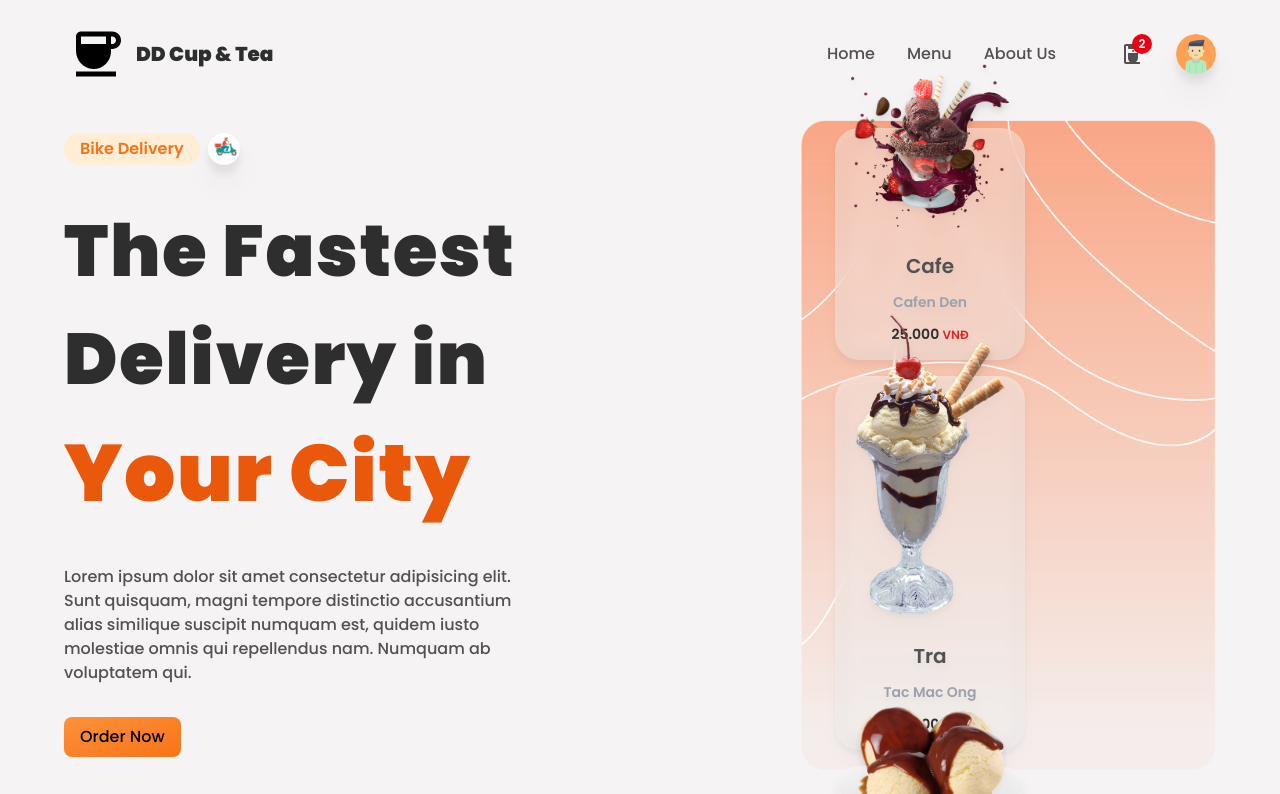
Repository: duongspm/ddcoffee
Page: /
The author's editor kept a copy of each file at every save. The page is drawn from the files as they stood at one save, then again after the next save.
The browser window is 1280 px wide. The pictures show the whole page.
An inner scrolling area shows only its first screen. The project was rebuilt for these pictures with package versions that can differ from the ones it lists, and the page was loaded fresh each time. Also part of the build but not shown: src/App.css, src/components/CreateContainer.jsx.

Above is the page before, as saved 2022-07-12 20:09:42.

### src/index.js
import React from 'react';
import ReactDOM from 'react-dom/client';
import './index.css';
import App from './App';
import reportWebVitals from './reportWebVitals';

import { BrowserRouter as Router } from 'react-router-dom';

import { StateProvider } from './context/StateProvider';
import { initialState } from './context/initalState';
import reducer from './context/reducer';

const root = ReactDOM.createRoot(document.getElementById('root'));
root.render(
  <Router>
    <StateProvider initialState={initialState} reducer={reducer}>
      <App />
    </StateProvider>
  </Router>
  // <React.StrictMode>
  //   <App />
  // </React.StrictMode>
);

// If you want to start measuring performance in your app, pass a function
// to log results (for example: reportWebVitals(console.log))
// or send to an analytics endpoint. Learn more: https://bit.ly/CRA-vitals
reportWebVitals();

### src/index.css
/* body {
  margin: 0;
  font-family: -apple-system, BlinkMacSystemFont, 'Segoe UI', 'Roboto', 'Oxygen',
    'Ubuntu', 'Cantarell', 'Fira Sans', 'Droid Sans', 'Helvetica Neue',
    sans-serif;
  -webkit-font-smoothing: antialiased;
  -moz-osx-font-smoothing: grayscale;
}

code {
  font-family: source-code-pro, Menlo, Monaco, Consolas, 'Courier New',
    monospace;
} */

@import url(https://fonts.googleapis.com/css2?family=DM+Sans:ital,wght@0,400;0,500;1,400;1,500&family=Inter:wght@400;500;600&family=Mulish:wght@300&family=Nunito+Sans:wght@200&family=Playfair+Display:wght@700&family=Poppins:wght@500;600;900&family=Quicksand:wght@700&display=swap);
*{
  margin: 0;
  padding: 0;
  box-sizing: border-box;
}
body{
  font-family: 'Poppins', sans-serif, -apple-system, BlinkMacSystemFont, 'Segoe UI', 'Roboto', 'Oxygen',
  'Ubuntu', 'Cantarell', 'Fira Sans', 'Droid Sans', 'Helvetica Neue',
  sans-serif;
}
html, body{
  scroll-behavior: smooth;
  overflow-x: hidden; /*chống tràn*/
}
@tailwind base;
@tailwind components;
@tailwind utilities;

### src/App.js
import './App.css';
import {Route, Routes} from 'react-router-dom';
import MainContainer from './components/MainContainer';
import CreateContainer from './components/CreateContainer';
import { AnimatePresence } from 'framer-motion';

import { Header } from './components';

function App() {
  return (
    <AnimatePresence exitBeforeEnter>
      <div className="w-screen h-auto flex flex-col bg-primary">
        <Header/>
        <main className='mt-14 md:mt-24 px-4 md:px-16 py-4 w-full'>
          <Routes>
            <Route path='/*' element={<MainContainer/>}></Route>
            <Route path='/createItem' element={<CreateContainer/>}></Route>
          </Routes>
        </main>
      </div>
    </AnimatePresence>
  );
}

export default App;

### src/context/StateProvider.js
import React, {createContext, useContext, useReducer} from 'react';
export const StateContext = createContext();
export const StateProvider = ({reducer, initialState, children}) => (
    <StateContext.Provider value={useReducer(reducer, initialState)}>
        {children}
    </StateContext.Provider>
);

export const useStateValue = () => useContext(StateContext);

### src/context/initalState.js
import { fetchUser } from "../utils/fetchLocalStorageData"

const userInfo = fetchUser()

export const initialState = {
    user: null,
}

### src/context/reducer.js
export const actionType = {
    SET_USER: "SET_USER",
};

const reducer = (state, action) => {
    console.log(action);

    switch (action.type){
        case actionType.SET_USER:
            return {
                ...state,
                user: action.user,
            };

        default:
            return state;
    }
};

export default reducer;

### src/components/MainContainer.jsx
import React from 'react';
import HomeContainer from './HomeContainer';

const MainContainer = () => {
    return (
        <div className='w-full h-auto flex flex-col items-center justify-center'>
            <HomeContainer/>
        </div>
    );
};

export default MainContainer;

### src/components/index.js
export {default as Header} from './Header';
export {default as MainContainer} from './MainContainer';
export {default as CreateContainer} from './CreateContainer';
export {default as HomeContainer} from './HomeContainer';

### src/utils/fetchLocalStorageData.js
export const fetchUser = () => {
    const userInfo =
        localStorage.getItem("user") !== "undefined"
        ? JSON.parse(localStorage.getItem("user"))
        : localStorage.clear();
    return userInfo;
}

### src/components/HomeContainer.jsx
import React from 'react';
import delivery from '../assets/imgs/delivery.png';
import HeroBg from '../assets/imgs/heroBg.png';
import heroData from '../utils/data'

const HomeContainer = () => {
    return (
        <section id="home" className='grid grid-cols-1 md:grid-cols-2 gap-2 w-full'>
            <div className='py-2 flex flex-1 flex-col items-start  justify-center gap-8'>
                <div className='flex items-center gap-2 justify-center'>
                    <p className='text-base text-orange-500 font-semibold bg-orange-100 px-4 py-1 rounded-full'>Bike Delivery</p>
                    <div className='w-8 h-8 bg-white rounded-full overflow-hidden drop-shadow-xl'>
                        <img src={delivery} className="w-full h-full object-contain" alt="deli"/>
                    </div>
                </div>
                <p className='text-[2.5rem] font-bold tracking-wide text-headingColor lg:text-[4.5rem]'>The Fastest Delivery in <span className='text-orange-600 text-[3rem] lg:text-[5rem]'>Your City</span></p>
                <p className='text-base text-textColor text-center md:text-left md:w-[80%]'>Lorem ipsum dolor sit amet consectetur adipisicing elit. Sunt quisquam, magni tempore distinctio accusantium alias similique suscipit numquam est, quidem iusto molestiae omnis qui repellendus nam. Numquam ab voluptatem qui.</p>
                <button type='button' className='bg-gradient-to-br from-orange-400 to-orange-500 w-full px-4 py-2 rounded-lg hover:shadow-lg transition-all ease-in-out md:w-auto'>Order Now</button>
            </div>
            <div className='py-2 flex-1 flex items-center relative'>
                <img src={HeroBg} className="ml-auto h-420 w-full lg:w-auto lg:h-650" alt="hero-bg"/>

                <div className='w-full h-full absolute flex items-center justify-center top-0 left-0 px-32 py-4 gap-4 flex-wrap'>
                    {heroData && heroData.map(n => (
                        <div key={n.id} className='w-190 bg-cardOverlay backdrop-blur-md p-4 rounded-3xl flex flex-col items-center justify-center min-w-[190px] drop-shadow-lg'>
                        <img src={n.imageSrc} className='w-40 -mt-20' alt='i1'/>
                        <p className='text-xl font-semibold text-textColor mt-6'>{n.name}</p>
                        <p className='text-sm font-semibold text-lighttextGray my-3'>{n.decp}</p>
                        <p className='text-sm font-semibold text-headingColor'>{n.price} <span className='text-xs text-red-600'>VNĐ</span></p>
                    </div>
                    ))}
                </div>
            </div>
        </section>
    );
};

export default HomeContainer;

### src/components/Header.jsx
import React, { useState } from 'react';
import {motion} from "framer-motion";
import {Link} from 'react-router-dom';
import {MdCoffee} from 'react-icons/md';
import {MdCoffeeMaker, MdAdd, MdLogout, MdAccountCircle} from 'react-icons/md';
//import Logo from '../assets/imgs/logo-dendo-cocaybua.png';
import Avatar from '../assets/imgs/avatar.png';
import { getAuth, signInWithPopup, GoogleAuthProvider } from "firebase/auth";
import { app } from '../firebase.config';
import { useStateValue } from '../context/StateProvider';
import { actionType } from '../context/reducer';

const Header = () => {
    const firebaseAuth = getAuth(app);
    const provider = new GoogleAuthProvider();

    const [{user}, dispatch] = useStateValue()

    const [isMenu, setIsMenu] = useState(false);

    const login = async () => {
        //đăng nhập rồi click vô avt k hiện đăng nhập nữa
        if(!user)
        {
            const {user: {refreshToken, providerData}} = await signInWithPopup(firebaseAuth, provider);
            dispatch({
                type : actionType.SET_USER,
                user : providerData[0],
            });
            localStorage.setItem("user", JSON.stringify(providerData[0]))
        }else{
            setIsMenu(!isMenu);
        }
    };
    const logout = () => {
        setIsMenu(false);
        localStorage.clear();
        dispatch({
            type: actionType.SET_USER,
            user: null,
        });
    }

    return (
        <header className='fixed z-50 w-screen p-3 px-4 md:p-6 md:px-16'>
            {/* desktop */}
            <div className='hidden md:flex w-full h-full items-center justify-between'>
                <Link to={"/"} className='flex items-center gap-2'>
                    {/* <img src={Logo} className="w-16 object-cover" alt="Logo nef"/> */}
                    <MdCoffee className='w-16 object-cover cursor-pointer text-6xl hover:text-cartNumBg'></MdCoffee>
                    <motion.p whileTap={{scale: 0.6}}  className='text-headingColor text-xl font-bold'>DD Cup & Tea</motion.p>
                </Link>
                <div className='flex items-center gap-8'> {/* bo ra ngoai div nay thi no se nam giua */}
                    <motion.ul
                        initial={{opacity: 0, x: 200}}
                        animate={{opacity: 1, x: 0}}
                        exit={{opacity: 0, x: 200}}
                        className="flex items-center gap-8 ">
                        <li className='text-base text-textColor hover:text-cartNumBg duration-100 transition-all ease-in-out cursor-pointer'>Home</li>
                        <li className='text-base text-textColor hover:text-cartNumBg duration-100 transition-all ease-in-out cursor-pointer'>Menu</li>
                        <li className='text-base text-textColor hover:text-cartNumBg duration-100 transition-all ease-in-out cursor-pointer'>About Us</li>
                    </motion.ul>
                    <div className='relative flex items-center justify-center'>
                        <MdCoffeeMaker className='text-textColor text-2xl ml-8 cursor-pointer'></MdCoffeeMaker>
                        <div className='absolute -top-2 -right-2 w-5 h-5 rounded-full bg-cartNumBg flex items-center justify-center'>
                            <p className='text-xs text-white font-semibold'>2</p>
                        </div>
                    </div>
                    <div className='relative'>
                        <motion.img whileTap={{scale: 0.6}} className='w-10 min-w-[40px] h-10 min-h-[40px] drop-shadow-xl rounded-full' src={user ? user.photoURL : Avatar} alt="avata nguoi dung"
                        onClick={login}/>
                        {/* Menu In4 */}
                        {
                            isMenu &&
                            (
                                <motion.div
                                    initial={{opacity: 0, scale: 0.6}}
                                    animate={{opacity: 1, scale: 1}}
                                    exit={{opacity: 0, scale: 0.6}}
                                    className='w-40 bg-gray-50 shadow-xl rounded-lg absolute flex flex-col top-12 right-0'>
                                    {
                                        user && user.email === "tranvanduong10a22016bb@gmail.com" && (
                                            <Link to={'/createItem'}>
                                                <p className='px-4 py-2 flex items-center gap-3 cursor-pointer hover:bg-slate-100 transition-all duration-100 ease-in-out text-textColor text-base '><MdAdd/> New Item </p>
                                            </Link>
                                        )
                                    }
                                    <Link to={'/info'}>
                                        <p className='px-4 py-2 flex items-center gap-3 cursor-pointer hover:bg-slate-100 transition-all duration-100 ease-in-out text-textColor text-base'><MdAccountCircle/>{user ? user.displayName : 'In4'} </p>
                                    </Link>
                                    <hr/>
                                    <p className='px-4 py-2 flex items-center gap-3 cursor-pointer hover:bg-slate-100 transition-all duration-100 ease-in-out text-textColor text-base' onClick={logout}><MdLogout/> Logout </p>
                                </motion.div>
                            )
                        }
                        {/* End Menu In4 */}
                    </div>
                </div>
            </div>
            {/* mobile */}
            <div className='flex items-center justify-between md:hidden w-full h-full'>
                <div className='relative flex items-center justify-center'>
                    <MdCoffeeMaker className='text-textColor text-2xl ml-8 cursor-pointer'></MdCoffeeMaker>
                    <div className='absolute -top-2 -right-2 w-5 h-5 rounded-full bg-cartNumBg flex items-center justify-center'>
                        <p className='text-xs text-white font-semibold'>2</p>
                    </div>
                </div>
                <Link to={"/"} className='flex items-center gap-2'>
                    {/* <img src={Logo} className="w-16 object-cover" alt="Logo nef"/> */}
                    <MdCoffee className='w-16 object-cover cursor-pointer text-6xl hover:text-cartNumBg'></MdCoffee>
                    <motion.p whileTap={{scale: 0.6}}  className='text-headingColor text-xl font-bold'>DD Cup & Tea</motion.p>
                </Link>

                <div className='relative'>
                        <motion.img whileTap={{scale: 0.6}} className='w-10 min-w-[40px] h-10 min-h-[40px] drop-shadow-xl rounded-full' src={user ? user.photoURL : Avatar} alt="avata nguoi dung"
                        onClick={login}/>
                        {/* Menu In4 */}
                        {
                            isMenu &&
                            (
                                <motion.div
                                    initial={{opacity: 0, scale: 0.6}}
                                    animate={{opacity: 1, scale: 1}}
                                    exit={{opacity: 0, scale: 0.6}}
                                    className='w-40 bg-gray-50 shadow-xl rounded-lg absolute flex flex-col top-12 right-0'>
                                    {
                                        user && user.email === "tranvanduong10a22016bb@gmail.com" && (
                                            <Link to={'/createItem'}>
                                                <p className='px-4 py-2 flex items-center gap-3 cursor-pointer hover:bg-slate-100 transition-all duration-100 ease-in-out text-textColor text-base justify-center'><MdAdd/> New Item </p>
                                            </Link>
                                        )
                                    }
                                    <ul className="flex flex-col">
                                        <li className='text-base text-textColor hover:text-cartNumBg duration-100 transition-all ease-in-out cursor-pointer hover:bg-slate-100 px-4 py-2'>Home</li>
                                        <li className='text-base text-textColor hover:text-cartNumBg duration-100 transition-all ease-in-out cursor-pointer hover:bg-slate-100 px-4 py-2'>Menu</li>
                                        <li className='text-base text-textColor hover:text-cartNumBg duration-100 transition-all ease-in-out cursor-pointer hover:bg-slate-100 px-4 py-2'>About Us</li>
                                    </ul>
                                    <hr/>
                                    <Link to={'/info'}>
                                        <p className='px-4 py-2 flex items-center gap-3 cursor-pointer hover:bg-slate-100 transition-all duration-100 ease-in-out text-textColor text-base justify-center'><MdAccountCircle/> In4 </p>
                                    </Link>
                                    <hr/>
                                    <p className='m-2 p-2 rounded-md shadow-md flex items-center gap-3 cursor-pointer hover:bg-slate-300 transition-all duration-100 ease-in-out text-textColor text-base justify-center bg-gray-200 ' onClick={logout}><MdLogout/> Logout </p>
                                </motion.div>
                            )
                        }
                        {/* End Menu In4 */}
                    </div>
            </div>
        </header>
    );
};

export default Header;

### src/utils/data.js
import I1 from '../assets/imgs/i1.png';
import I2 from '../assets/imgs/i2.png';
import I3 from '../assets/imgs/i3.png';
import I4 from '../assets/imgs/i4.png';
const heropData = [
    {id : 1, name: 'Cafe', decp : 'Cafen Den', price : '25.000', imageSrc : I1},
    {id : 2, name: 'Tra', decp : 'Tac Mac Ong', price : '30.000', imageSrc : I2},
    {id : 3, name: 'Da Xay', decp : 'Chocolate Da Xay', price : '30.000', imageSrc : I3},
    {id : 4, name: 'Sinh To', decp : 'Sinh To Chuoi', price : '35.000', imageSrc : I4},
]
export default heropData;

### src/firebase.config.js
import {getApp, getApps, initializeApp} from 'firebase/app';
import {getFirestore} from 'firebase/firestore';
import {getStorage} from 'firebase/storage';

const firebaseConfig = {
    apiKey : "AIzaSyAiraH4JLA5tCdJ0jHuDoW_0qsknKtMiQc" ,
    authDomain : "ddcoffee-35878.firebaseapp.com" ,
    databaseURL : "https://ddcoffee-35878-default-rtdb.firebaseio.com" ,
    projectId : "ddcoffee-35878" ,
    storageBucket : "ddcoffee-35878.appspot.com" ,
    messagingSenderId : "404922796023" ,
    appId : "1:404922796023:web:4717a230c36f3a24a4d0f2"
    };

    const app = getApps.length > 0 ? getApp() : initializeApp(firebaseConfig);

    const firestore = getFirestore(app);
    const storage = getStorage(app);

    export {app, firestore, storage};

Loaded but not shown: public/index.html (common file); src/reportWebVitals.js (common file); tailwind.config.js (71 lines, source omitted)

After the next save:
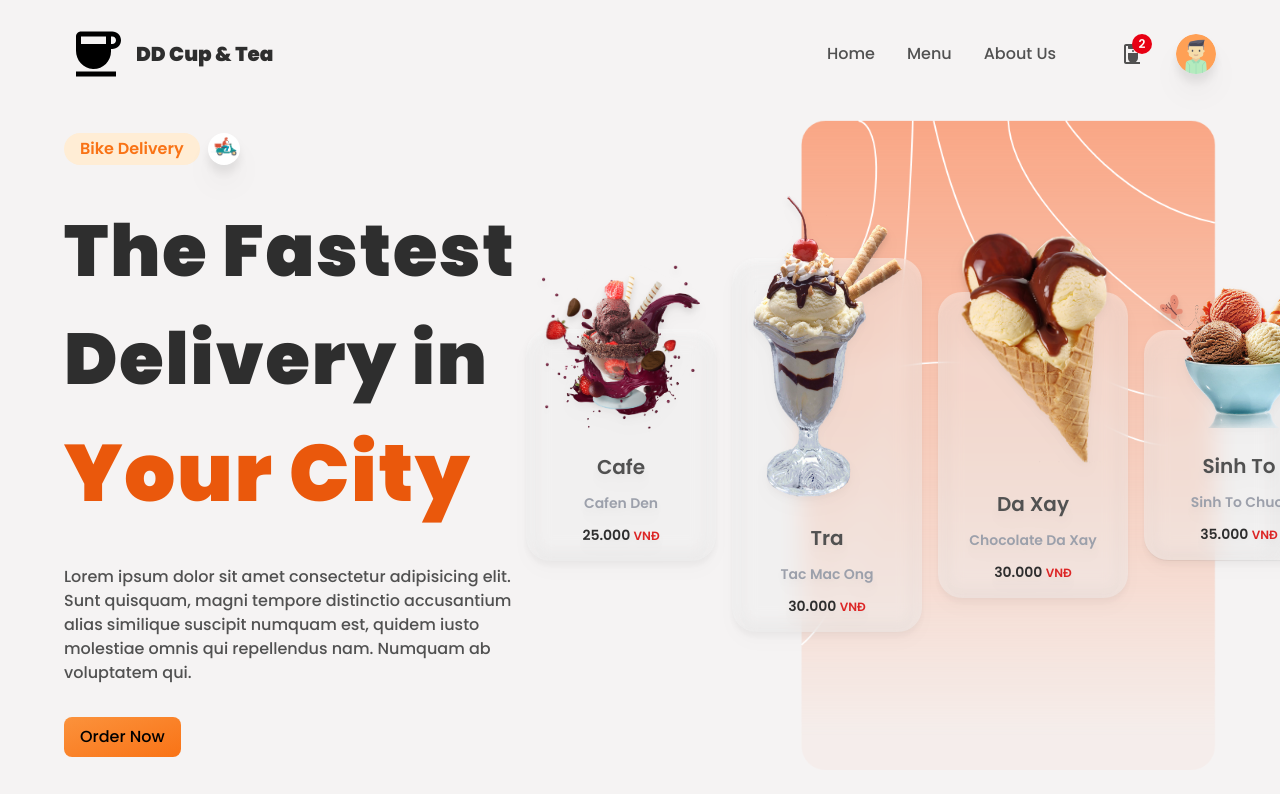
Saved 15 s later.
--- a/src/components/HomeContainer.jsx
+++ b/src/components/HomeContainer.jsx
@@ -20,7 +20,7 @@
             <div className='py-2 flex-1 flex items-center relative'>
                 <img src={HeroBg} className="ml-auto h-420 w-full lg:w-auto lg:h-650" alt="hero-bg"/>
 
-                <div className='w-full h-full absolute flex items-center justify-center top-0 left-0 px-32 py-4 gap-4 flex-wrap'>
+                <div className='w-full h-full absolute flex items-center justify-center top-0 left-0 px-32 py-4 gap-4 '>
                     {heroData && heroData.map(n => (
                         <div key={n.id} className='w-190 bg-cardOverlay backdrop-blur-md p-4 rounded-3xl flex flex-col items-center justify-center min-w-[190px] drop-shadow-lg'>
                         <img src={n.imageSrc} className='w-40 -mt-20' alt='i1'/>

After the save that followed:
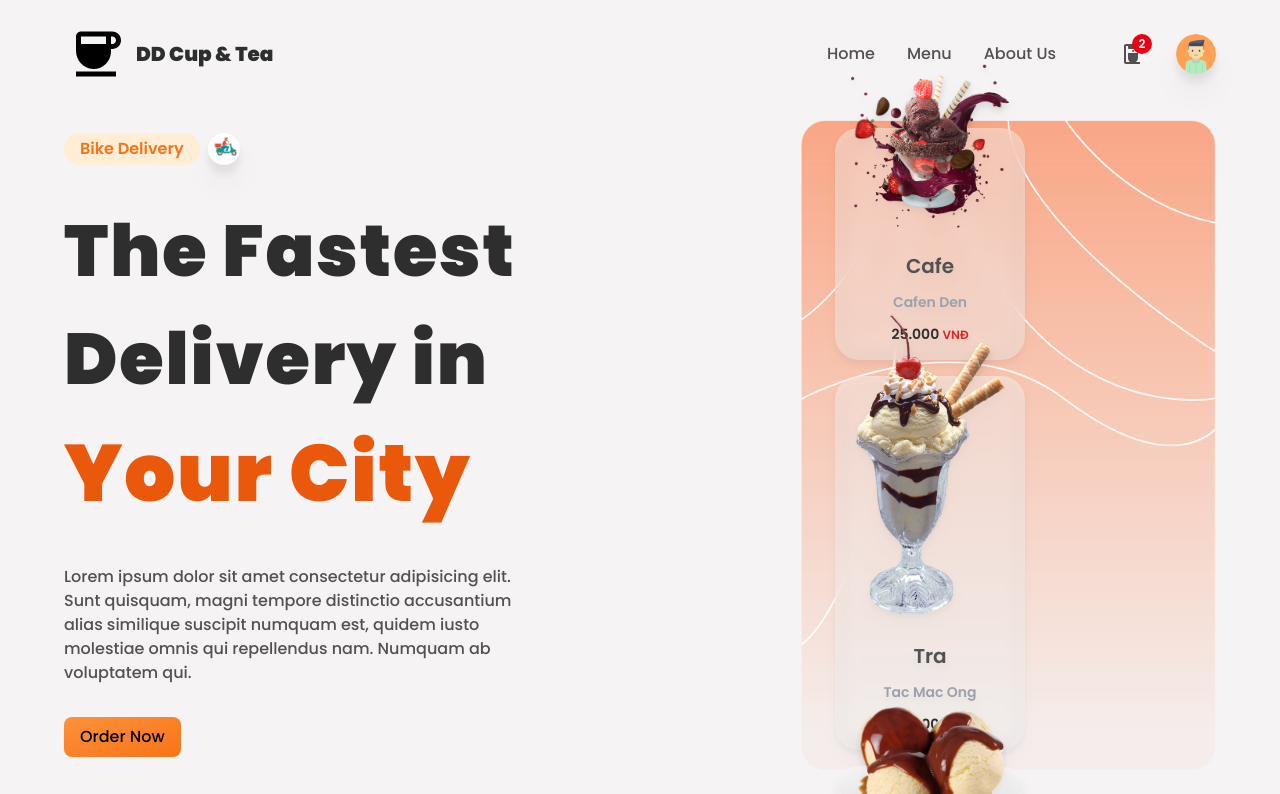
Saved 7 s later.
--- a/src/components/HomeContainer.jsx
+++ b/src/components/HomeContainer.jsx
@@ -20,7 +20,7 @@
             <div className='py-2 flex-1 flex items-center relative'>
                 <img src={HeroBg} className="ml-auto h-420 w-full lg:w-auto lg:h-650" alt="hero-bg"/>
 
-                <div className='w-full h-full absolute flex items-center justify-center top-0 left-0 px-32 py-4 gap-4 '>
+                <div className='w-full h-full absolute flex items-center justify-center top-0 left-0 px-32 py-4 gap-4 flex-wrap'>
                     {heroData && heroData.map(n => (
                         <div key={n.id} className='w-190 bg-cardOverlay backdrop-blur-md p-4 rounded-3xl flex flex-col items-center justify-center min-w-[190px] drop-shadow-lg'>
                         <img src={n.imageSrc} className='w-40 -mt-20' alt='i1'/>
